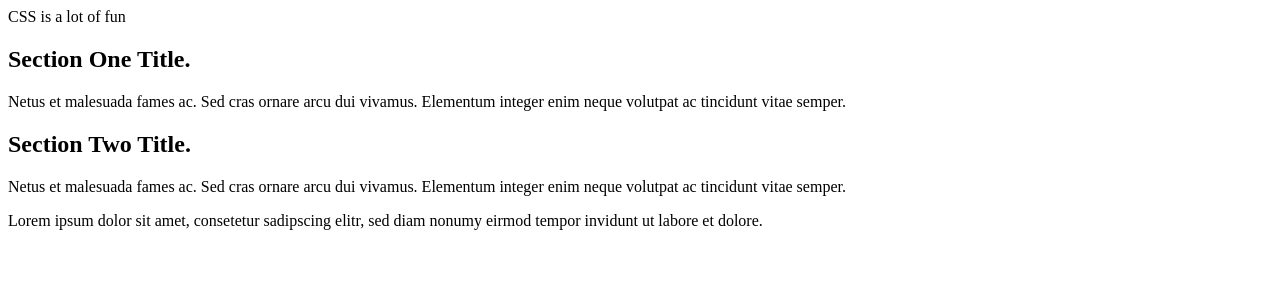
Repository: Doumham-Armah/sample-landing-page
Page: index.html
These files come from the project's save history. The page is drawn as it stood at one moment and after the next save; the edit follows.
The browser window is 1280 px wide. The pictures show the whole page.

Above is the page before, as saved 2021-08-16 12:25:12.

### index.html
<!DOCTYPE html>
<html lang="en">
  <head>
    <meta charset="UTF-8" />
    <meta http-equiv="X-UA-Compatible" content="IE=edge" />
    <meta name="viewport" content="width=device-width, initial-scale=1.0" />
    <title>Document</title>
  </head>
  <body>
    <header>CSS is a lot of fun</header>

    <section class="section one">
      <h2>Section One Title.</h2>
      <p>
        Netus et malesuada fames ac. Sed cras ornare arcu dui vivamus. Elementum
        integer enim neque volutpat ac tincidunt vitae semper.
      </p>
    </section>

    <section class="section two">
      <h2>Section Two Title.</h2>
      <p>
        Netus et malesuada fames ac. Sed cras ornare arcu dui vivamus. Elementum
        integer enim neque volutpat ac tincidunt vitae semper.
      </p>
      <p>
        Lorem ipsum dolor sit amet, consetetur sadipscing elitr, sed diam nonumy
        eirmod tempor invidunt ut labore et dolore.
      </p>
    </section>
  </body>
</html>

After the next save:
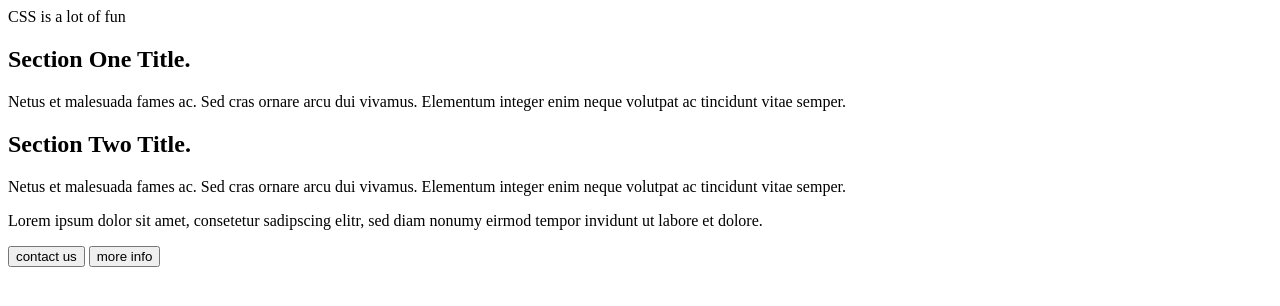
Saved 41 s later.
--- a/index.html
+++ b/index.html
@@ -27,6 +27,9 @@
         Lorem ipsum dolor sit amet, consetetur sadipscing elitr, sed diam nonumy
         eirmod tempor invidunt ut labore et dolore.
       </p>
+
+      <button>contact us</button>
+      <button>more info</button>
     </section>
   </body>
 </html>
